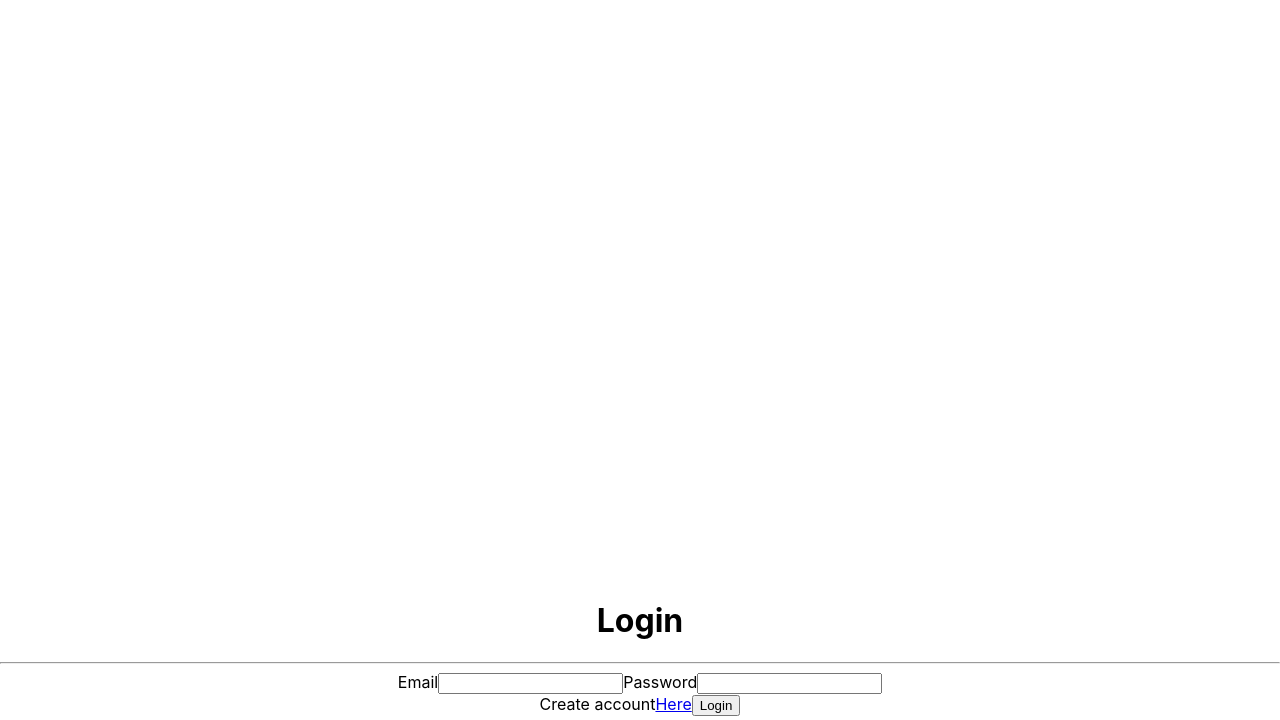
Repository: TendaniSadiki/revelation-e-commerce
Page: /login
An editor plug-in stored every save of this project. The page is shown before and after a run of saves, followed by the edit.
The browser window is 1280 px wide. The pictures show the whole page.
The project was rebuilt for these pictures with package versions that can differ from the ones it lists, and the page was loaded fresh each time. Also part of the build but not shown: src/Components/Navbar.css, src/Components/Navbar.js, src/Components/CardStyle.css, src/Components/IndividualProduct.js, src/Components/Products.js, src/Components/IndividualCartProduct.js, src/Components/CartProduct.js, src/Components/Home.js and 8 more. Imported but missing from the stored project, and not drawn on this page: src/Components/Pages/Sale/Sale.

Above is the page before, as saved 2022-11-10 15:05:59.

After the next 8 saves:
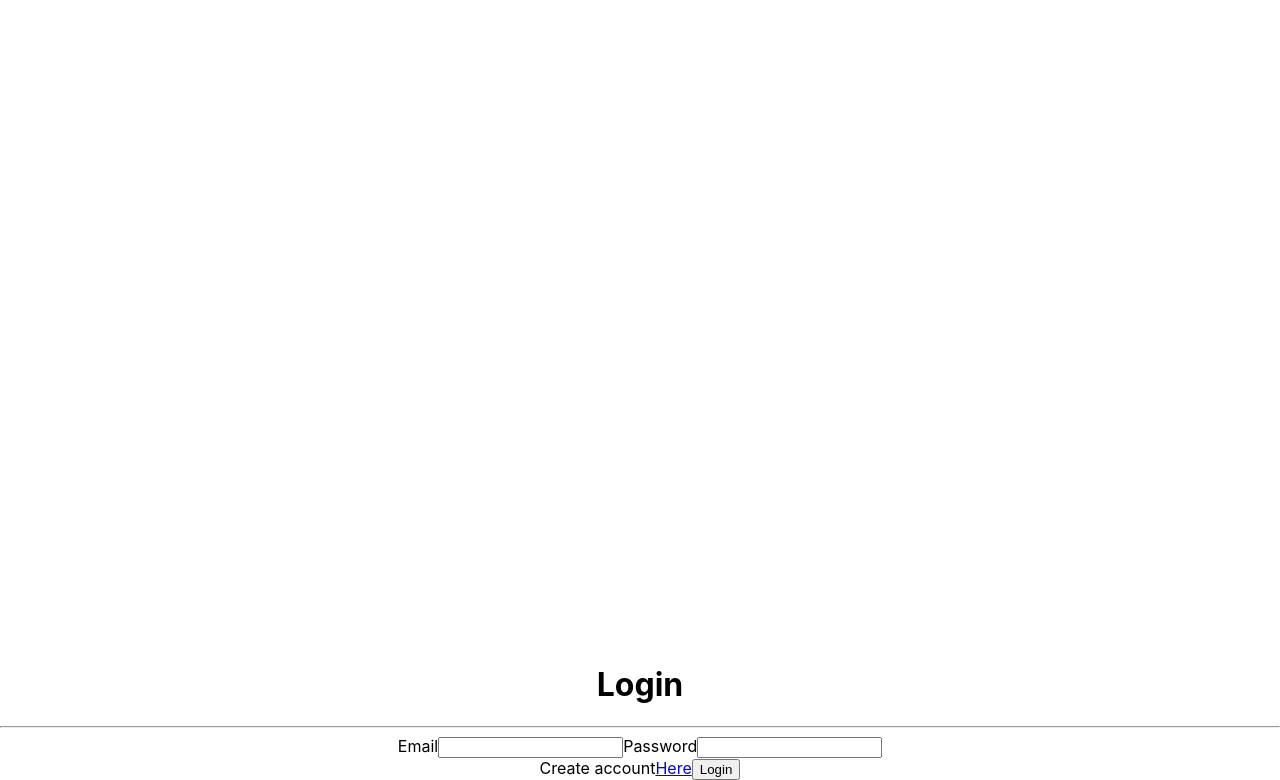
The 8 saves are shown as one change because they came seconds apart.
The last was saved 22 s later.
--- a/src/Components/Login.css
+++ b/src/Components/Login.css
@@ -13,4 +13,6 @@
         width: 80%;
         background: linear-gradient(to right bottom, rgba(236,236,236. 0.7), rgba(236,236,236, 0.3));
         border-radius: 1rem;
+        margin: 2rem auto;
+        box-shadow: ;
 }
